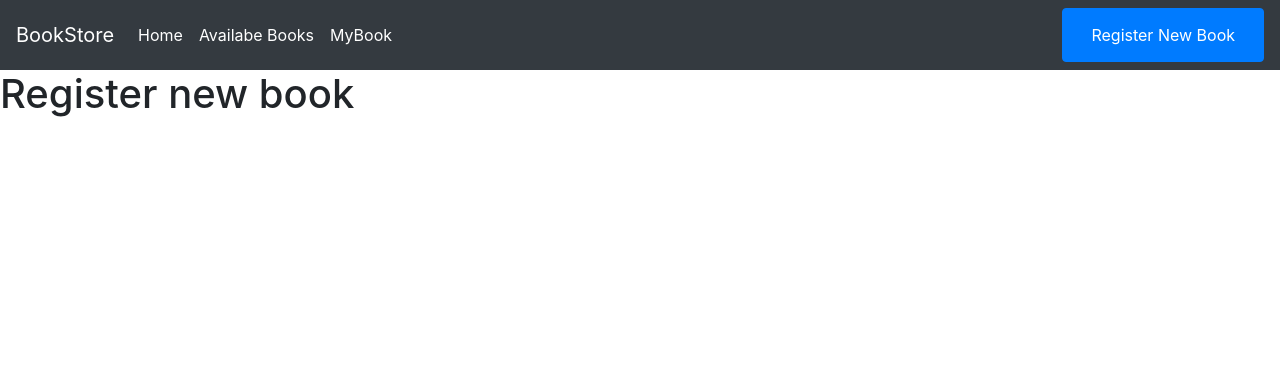
Repository: Sumanta-Sahoo/BookStoreApp
Page: bookstore/src/main/resources/static/bookRegister.html
The author's editor kept a copy of each file at every save. The page is drawn from the files as they stood at one save, then again after the next save.
The browser window is 1280 px wide. The pictures show the whole page.

Above is the page before, as saved 2024-03-15 11:37:06.

### bookstore/src/main/resources/static/bookRegister.html
<!doctype html>
<html lang="en">

<head>
	<!-- Required meta tags -->
	<meta charset="utf-8">
	<meta name="viewport" content="width=device-width, initial-scale=1, shrink-to-fit=no">

	<!-- Bootstrap CSS -->
	<link rel="stylesheet" href="https://cdn.jsdelivr.net/npm/bootstrap@4.4.1/dist/css/bootstrap.min.css"
		integrity="sha384-Vkoo8x4CGsO3+Hhxv8T/Q5PaXtkKtu6ug5TOeNV6gBiFeWPGFN9MuhOf23Q9Ifjh" crossorigin="anonymous">

	<title>BookStore</title>
</head>

<body>
<nav class="navbar navbar-expand-lg navbar-light bg-dark">
		<a class="navbar-brand text-white" href="#">BookStore</a>
		<button class="navbar-toggler" type="button" data-toggle="collapse" data-target="#navbarSupportedContent"
			aria-controls="navbarSupportedContent" aria-expanded="false" aria-label="Toggle navigation">
			<span class="navbar-toggler-icon"></span>
		</button>

		<div class="collapse navbar-collapse" id="navbarSupportedContent">
			<ul class="navbar-nav mr-auto">
				<li class="nav-item active">
					<a class="nav-link text-white" href="#">Home<span class="sr-only">(current)</span></a>
				</li>
				<li class="nav-item">
					<a class="nav-link text-white" href="availabe_books">Availabe Books</a>
				</li>
				<li class="nav-item">
					<a class="nav-link text-white" href="my_books">MyBook</a>
				</li>
			</ul>
			<div>
				<button type="button" class="btn btn-primary"><a class="nav-link text-white" href="bookRegister">Register New Book</a></button>
			</div>

		</div>
	</nav>

<h1>Register new book</h1>
<!--
	<form>
		<div class="form-group">
			<label for="exampleInputEmail1">Email address</label>
			<input type="email" class="form-control" id="exampleInputEmail1" aria-describedby="emailHelp"
				placeholder="Enter email">
			<small id="emailHelp" class="form-text text-muted">We'll never share your email with anyone else.</small>
		</div>
		<div class="form-group">
			<label for="exampleInputPassword1">Password</label>
			<input type="password" class="form-control" id="exampleInputPassword1" placeholder="Password">
		</div>
		<div class="form-check">
			<input type="checkbox" class="form-check-input" id="exampleCheck1">
			<label class="form-check-label" for="exampleCheck1">Check me out</label>
		</div>
		<button type="submit" class="btn btn-primary">Submit</button>
	</form> -->

	<!-- Optional JavaScript -->
	<!-- jQuery first, then Popper.js, then Bootstrap JS -->
	<script src="https://code.jquery.com/jquery-3.4.1.slim.min.js"
		integrity="sha384-J6qa4849blE2+poT4WnyKhv5vZF5SrPo0iEjwBvKU7imGFAV0wwj1yYfoRSJoZ+n"
		crossorigin="anonymous"></script>
	<script src="https://cdn.jsdelivr.net/npm/popper.js@1.16.0/dist/umd/popper.min.js"
		integrity="sha384-Q6E9RHvbIyZFJoft+2mJbHaEWldlvI9IOYy5n3zV9zzTtmI3UksdQRVvoxMfooAo"
		crossorigin="anonymous"></script>
	<script src="https://cdn.jsdelivr.net/npm/bootstrap@4.4.1/dist/js/bootstrap.min.js"
		integrity="sha384-wfSDF2E50Y2D1uUdj0O3uMBJnjuUD4Ih7YwaYd1iqfktj0Uod8GCExl3Og8ifwB6"
		crossorigin="anonymous"></script>
</body>

</html>

After the next save:
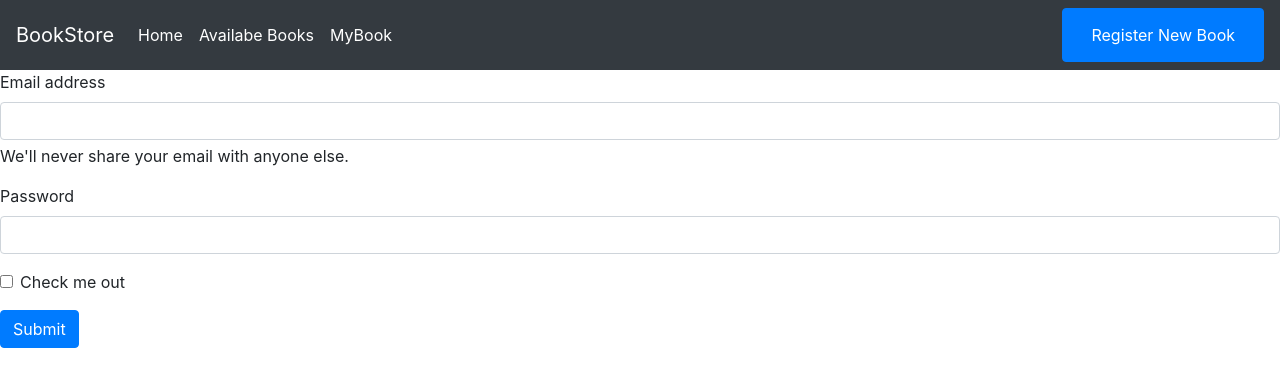
Saved 3 min 45 s later.
--- a/bookstore/src/main/resources/static/bookRegister.html
+++ b/bookstore/src/main/resources/static/bookRegister.html
@@ -14,7 +14,7 @@
 </head>
 
 <body>
-<nav class="navbar navbar-expand-lg navbar-light bg-dark">
+	<nav class="navbar navbar-expand-lg navbar-light bg-dark">
 		<a class="navbar-brand text-white" href="#">BookStore</a>
 		<button class="navbar-toggler" type="button" data-toggle="collapse" data-target="#navbarSupportedContent"
 			aria-controls="navbarSupportedContent" aria-expanded="false" aria-label="Toggle navigation">
@@ -34,14 +34,32 @@
 				</li>
 			</ul>
 			<div>
-				<button type="button" class="btn btn-primary"><a class="nav-link text-white" href="bookRegister">Register New Book</a></button>
+				<button type="button" class="btn btn-primary"><a class="nav-link text-white"
+						href="bookRegister">Register New Book</a></button>
 			</div>
 
 		</div>
 	</nav>
 
-<h1>Register new book</h1>
-<!--
+	<div class="">
+		<form>
+			<div class="mb-3">
+				<label for="exampleInputEmail1" class="form-label">Email address</label>
+				<input type="email" class="form-control" id="exampleInputEmail1" aria-describedby="emailHelp">
+				<div id="emailHelp" class="form-text">We'll never share your email with anyone else.</div>
+			</div>
+			<div class="mb-3">
+				<label for="exampleInputPassword1" class="form-label">Password</label>
+				<input type="password" class="form-control" id="exampleInputPassword1">
+			</div>
+			<div class="mb-3 form-check">
+				<input type="checkbox" class="form-check-input" id="exampleCheck1">
+				<label class="form-check-label" for="exampleCheck1">Check me out</label>
+			</div>
+			<button type="submit" class="btn btn-primary">Submit</button>
+		</form>
+	</div>
+	<!--
 	<form>
 		<div class="form-group">
 			<label for="exampleInputEmail1">Email address</label>
